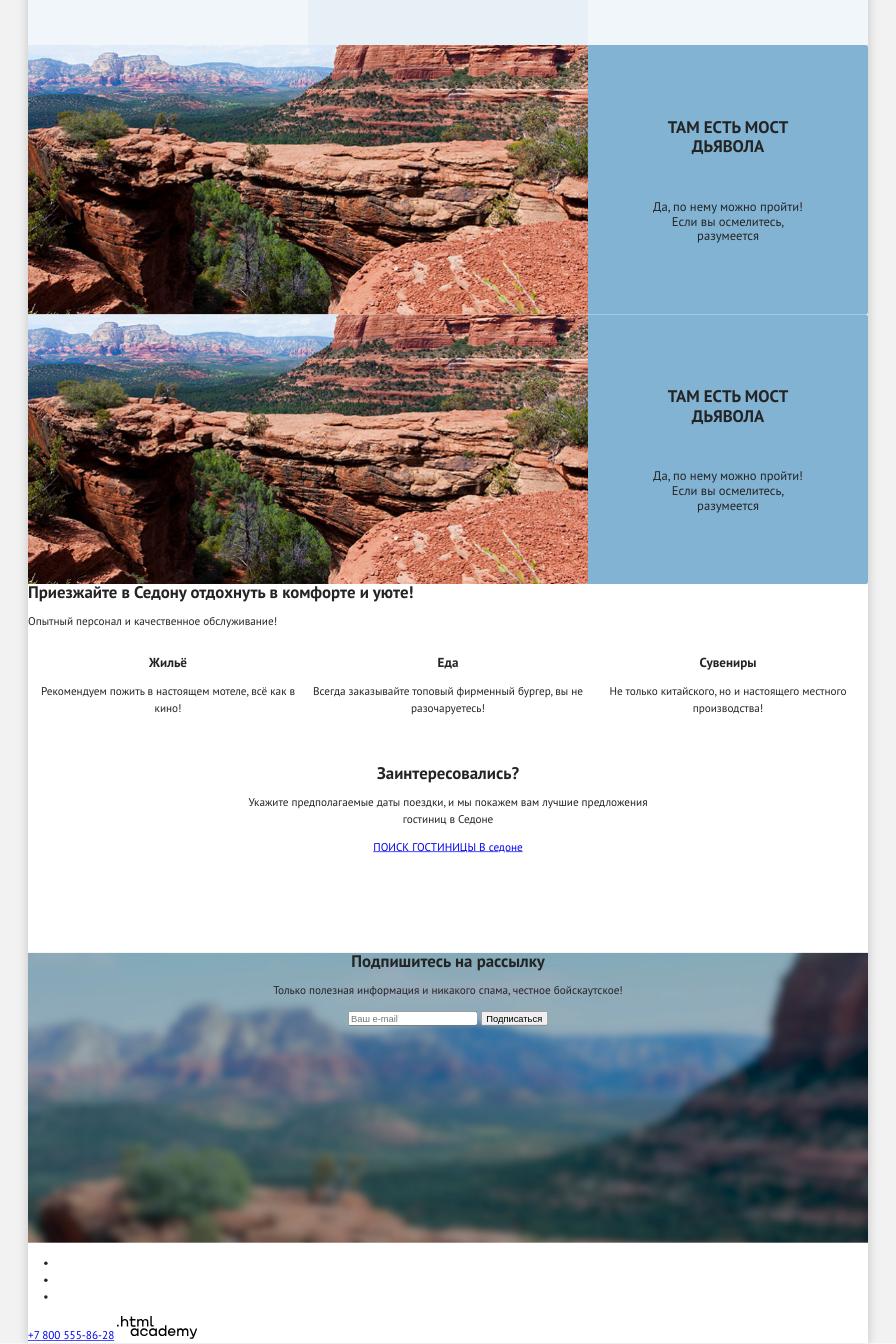
Repository: zakhgagne/2512253-sedona-1
Page: index.html
These files come from the project's save history. The page is drawn as it stood at one moment and after the next save; the edit follows.
The browser window is 1280 px wide. The pictures show the part of the page from y = 1515 to 3435 px (the page is 3435 px tall before and 3050 px after), at 70% of full size.

Above is the page before, as saved 2024-05-11 13:54:19.

### index.html
<!DOCTYPE html>
<html lang="ru">

  <head>
    <meta charset="utf-8">
    <title>Сайт города Седона</title>
    <link rel="stylesheet" href="styles/styles.css">
  </head>

  <body>
    <div class="container">
      <header class="header">
        <a class="logo-link" href="#">
          <img class="logo-image" src="./images/logo.svg" alt="Любимая Седона" width="" height="">
        </a>
        <nav class="navigation">
          <ul class="main-menu">
            <li class="menu-item">
              <a href="./index.html" class="menu-link">Главная</a>
            </li>
            <li class="menu-item">
              <a href="#" class="menu-link">О Седоне</a>
            </li>
            <li class="menu-item">
              <a href="./catalog.html" class="menu-link">Гостиницы</a>
            </li>
          </ul>
          <ul class="user-menu">
            <li class="user-menu-item">
              <a href="#" class="user-menu-link">
                <span class="visually-hidden">Поиск</span>
              </a>
            </li>
            <li class="user-menu-item">
              <a href="#" class="user-menu-link">
                <span class="visually-hidden">Избранное</span>
                <span class="like-number">12</span>
              </a>
            </li>
            <li class="user-menu-item">
              <a href="#" class="user-menu-link">Хочу сюда!</a>
            </li>
          </ul>
        </nav>
      </header>
      <main class="main-container">
        <h1 class="visually-hidden">Cайт города Седона</h1>
        <section class="welcome">
          <h2 class="visually-hidden">Приглашение</h2>
          <img src="./images/welcome.svg" class="welcome-image" width="" height="" alt="Welcome">
        </section>

        <section class="city">
          <h2 class="city-title">Седона — небольшой городок в Аризоне, заслуживающий большего!</h2>
          <p class="city-subtitle">Рассмотрим причины, по которым Седона круче, чем Гранд-каньон!</p>

          <ul class="reason-list">
            <li class="reason-item reason-item-special">
              <div class="reason-container">
                <h3 class="reason-title">Настоящий городок</h3>
                <p class="reason-text">Седона — не аттракцион для туристов, там течёт своя жизнь</p>
              </div>
              <img src="./images/photo-1.jpg" class="reason-image" width="" height="">
            </li>
            <li class="reason-item">
              <div class="reason-container">
                <h3 class="reason-title">Небольшая площадь</h3>
                <p class="reason-text">Все достопримечательности находятся очень близко</p>
              </div>
            </li>
            <li class="reason-item">
              <div class="reason-container">
                <h3 class="reason-title">Красивая дорога</h3>
                <p class="reason-text">Ехать в Седону из Лас-Вегаса совсем не скучно!</p>
              </div>
            </li>
            <li class="reason-item">
              <div class="reason-container">
                <h3 class="reason-title">Мало туристов</h3>
                <p class="reason-text">Большинство едет в Гранд Каньон и толпится там</p>
              </div>
            </li>
            <li class="reason-item reason-item-special">
              <img src="./images/photo-2.jpg" class="reason-image" width="" height="">
              <div class="reason-container">
                <h3 class="reason-title">Там есть мост дьявола</h3>
                <p class="reason-text">Да, по нему можно пройти! Если вы осмелитесь, разумеется</p>
              </div>
            </li>
            <li class="reason-item reason-item-special">
              <img src="./images/photo-2.jpg" class="reason-image" width="" height="">
              <div class="reason-container">
                <h3 class="reason-title">Там есть мост дьявола</h3>
                <p class="reason-text">Да, по нему можно пройти! Если вы осмелитесь, разумеется</p>
              </div>
            </li>
          </ul>
        </section>

        <section class="city-welcome">
          <h2 class="desription">Приезжайте в Седону отдохнуть в комфорте и уюте!</h2>
          <p class="simple-text">Опытный персонал и качественное обслуживание!</p>

          <ul class="comfort-list">
            <li class="comfort-item">
              <h3 class="comfort-title">Жильё</h3>
              <p class="comfort-text">Рекомендуем пожить в настоящем мотеле, всё как в кино!</p>
            </li>
            <li class="comfort-item">
              <h3 class="comfort-title">Еда</h3>
              <p class="comfort-text">Всегда заказывайте топовый фирменный бургер, вы не разочаруетесь!</p>
            </li>
            <li class="comfort-item">
              <h3 class="comfort-title">Сувениры</h3>
              <p class="comfort-text">Не только китайского, но и настоящего местного производства!</p>
            </li>
          </ul>
        </section>

        <section class="interest">
          <h2 class="desription">Заинтересовались?</h2>
          <p class="simple-text">Укажите предполагаемые даты поездки, и мы покажем вам лучшие предложения гостиниц в
            Седоне</p>
          <a href="#" class="button-search-motel">ПОИСК ГОСТИНИЦЫ В седоне</a>
        </section>

      </main>

      <footer>
        <section class="news-letter">
          <h2 class="desription">Подпишитесь на рассылку</h2>
          <p class="simple-text">Только полезная информация и никакого спама, честное бойскаутское!</p>

          <form class="subscribe-form" action="https://echo.htmlacademy.ru/" method="post">
            <input class="field" placeholder="Ваш e-mail" type="email" name="distribution-email" required>
            <button class="subscribe-form-button" type="submit">Подписаться</button>
          </form>
        </section>
        <div class="footer-container">
          <section class="contacts">
            <h2 class="visually-hidden">Контакты</h2>
            <ul class="contact-list">
              <li class="contact-list-item">
                <a href="#" class="contact-list-link">
                  <p class="visually-hidden">Вконтакте</p>
                </a>
              </li>
              <li class="contact-list-item">
                <a href="#" class="contact-list-link">
                  <p class="visually-hidden">Телеграм</p>
                </a>
              </li>
              <li class="contact-list-item">
                <a href="#" class="contact-list-link">
                  <p class="visually-hidden">Ютуб</p>
                </a>
              </li>
            </ul>
            <a class="footer-contacts-address-phone" href="tel:+78005558628">+7 800 555-86-28</a>
            <a class="htmlacademy-link" href="https://htmlacademy.ru/">
              <img src="./images/logo-academy.svg" width="" height="" alt="Академия">
            </a>
          </section>
        </div>
      </footer>
    </div>
  </body>

</html>

### styles/styles.css
@font-face {
  font-family: "PT Sans";
  font-style: normal;
  font-weight: 400;
  src: url("../fonts/ptsans-400.woff2") format("woff2");
  font-display: swap;
}

@font-face {
  font-family: "PT Sans";
  font-style: normal;
  font-weight: 700;
  src: url("../fonts/ptsans-700.woff2") format("woff2");
  font-display: swap;
}


body {
  margin: 0;
  font-family: "PT Sans", "Arial", sans-serif;
  font-size: 16px;
  line-height: 24px;
  color: #242424;
  background-color: #f2f2f2;
}

.visually-hidden {
  display: none;
}

.container {
  width: 1200px;
  margin: 0 auto;
  background-color: #ffffff;
  box-shadow: 0 0 15px rgba(0, 0, 0, 0.2);
}

.header {
  background-color: #ffffff;
  position: relative;
  padding: 0 68px 0 238px;
}

.logo-link {
  position: absolute;
  top: 0;
  left: 70px;
}

.logo-image {}

.navigation {
  display: flex;
  justify-content: space-between;
}

.main-menu {
  padding: 0;
  margin: 0;
  list-style: none;
  display: flex;
  width: 500px;
  flex-wrap: wrap;
}

.menu-item {}

.menu-link {
  font-size: 20px;
  font-weight: 700;
  line-height: 24px;
  color: #000000;
  text-decoration: none;
  display: block;
  padding: 20px 16px;

}

.menu-item:nth-child(1) {
  /* background-color: red; */
}

.menu-item:nth-child(2) {
  /* background-color: blue; */
}

.menu-item:nth-child(3) {
  /* background-color: red; */
}

.user-menu {
  padding: 0;
  margin: 0;
  list-style: none;
  display: flex;
}

.welcome {
  background-color: #aec5d1;
  background-image: url("../images/white-crown.svg"), url("../images/index-background.jpg");
  background-repeat: no-repeat;
  background-position: center bottom, center top;
  background-size: 1200px 57px, cover;
  padding-top: 51px;
  padding-bottom: 82px;
  min-height: 352px;
}

.welcome-image {
  display: block;
  margin: 0 auto;
}

.city {
  text-align: center;
  padding-top: 70px;
}

.city-title {
  padding: 0;
  margin: 0 auto 24px;
  font-size: 30px;
  font-weight: 700;
  line-height: 36px;
  text-transform: uppercase;
  width: 750px;

}

.city-subtitle {
  padding: 0;
  margin: 0 auto 90px;
  font-size: 22px;
  font-weight: 400;
  line-height: 26px;
  width: 750px;
}

.reason-list {
  display: flex;
  justify-content: space-between;
  text-align: center;
  padding: 0;
  margin: 0;
  list-style: none;
  flex-wrap: wrap;
}

.reason-item {
  display: flex;
  background-color: bisque;
}

.reason-container {
  width: 400px;
  padding-top: 103px;
  padding-bottom: 102px;
}

.reason-title {
  margin: 0 auto 61px;
  padding: 0;
  font-size: 24px;
  font-weight: 700;
  line-height: 28px;
  width: 175px;
  text-transform: uppercase;

}

.reason-text {
  padding: 0;
  margin: 0 auto;
  font-size: 18px;
  font-weight: 400;
  line-height: 21px;
  width: 231px;
}

.reason-item:nth-child(2n) {
  background-color: #f0f6fa;
}
.reason-item:nth-child(3n) {
  background-color: #e6f0f6;
}
.reason-item-special .reason-container {
  background-color: #82B3D3;
  border-radius: 0px 4px 4px 0px;

}

.comfort-list {
  display: flex;
  justify-content: space-between;
  text-align: center;
  padding: 0;
  margin: 0;
  list-style: none;
}

.comfort-item {
  width: 400px;
}

.interest {
  text-align: center;
  margin: 54px auto;
  height: 214px;
  width: 592px;
}

.desription {
  padding: 0;
  margin: 0;
}

.footer-container {
  display: flex;
  margin: 0 auto;
}


.news-letter {
  background-image: url("../images/subscribe.jpg");
  background-repeat: no-repeat;
  min-height: 414px;
  text-align: center;

  /*width: 684px;*/
}

After the next save:
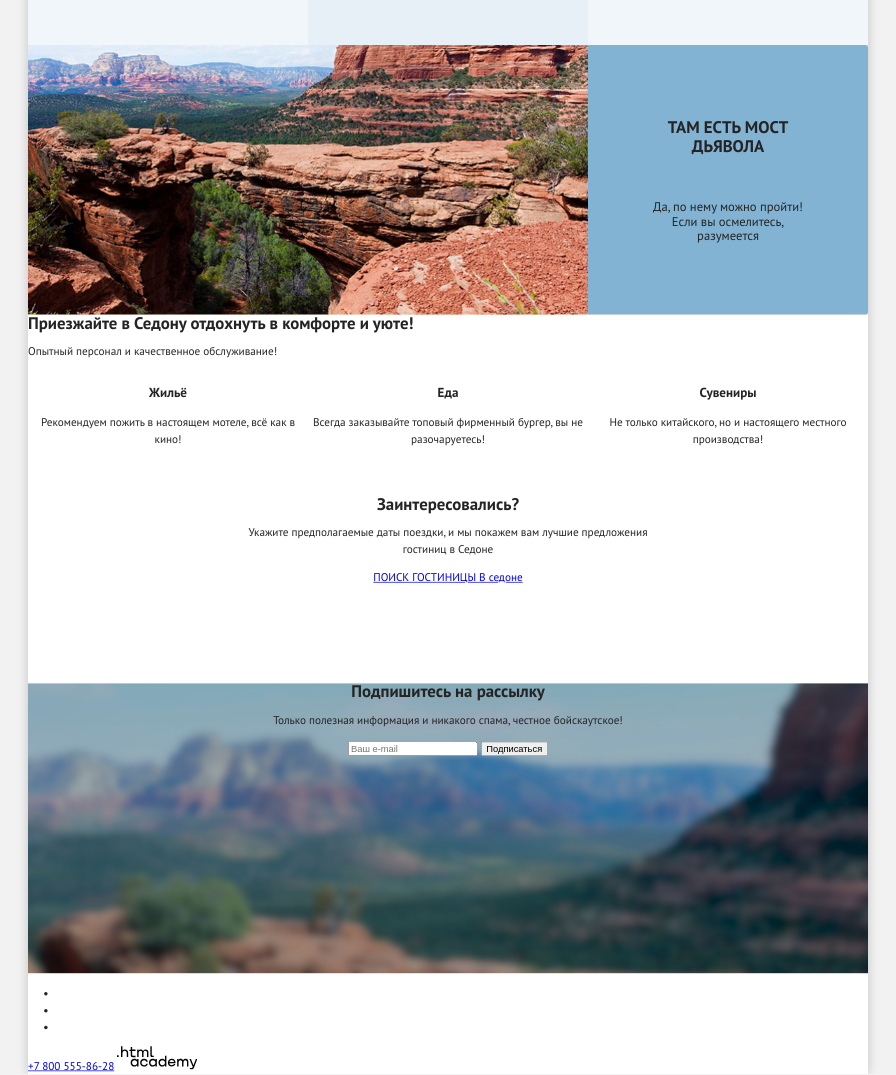
Saved 23 s later.
--- a/index.html
+++ b/index.html
@@ -87,13 +87,6 @@
                 <p class="reason-text">Да, по нему можно пройти! Если вы осмелитесь, разумеется</p>
               </div>
             </li>
-            <li class="reason-item reason-item-special">
-              <img src="./images/photo-2.jpg" class="reason-image" width="" height="">
-              <div class="reason-container">
-                <h3 class="reason-title">Там есть мост дьявола</h3>
-                <p class="reason-text">Да, по нему можно пройти! Если вы осмелитесь, разумеется</p>
-              </div>
-            </li>
           </ul>
         </section>
 
